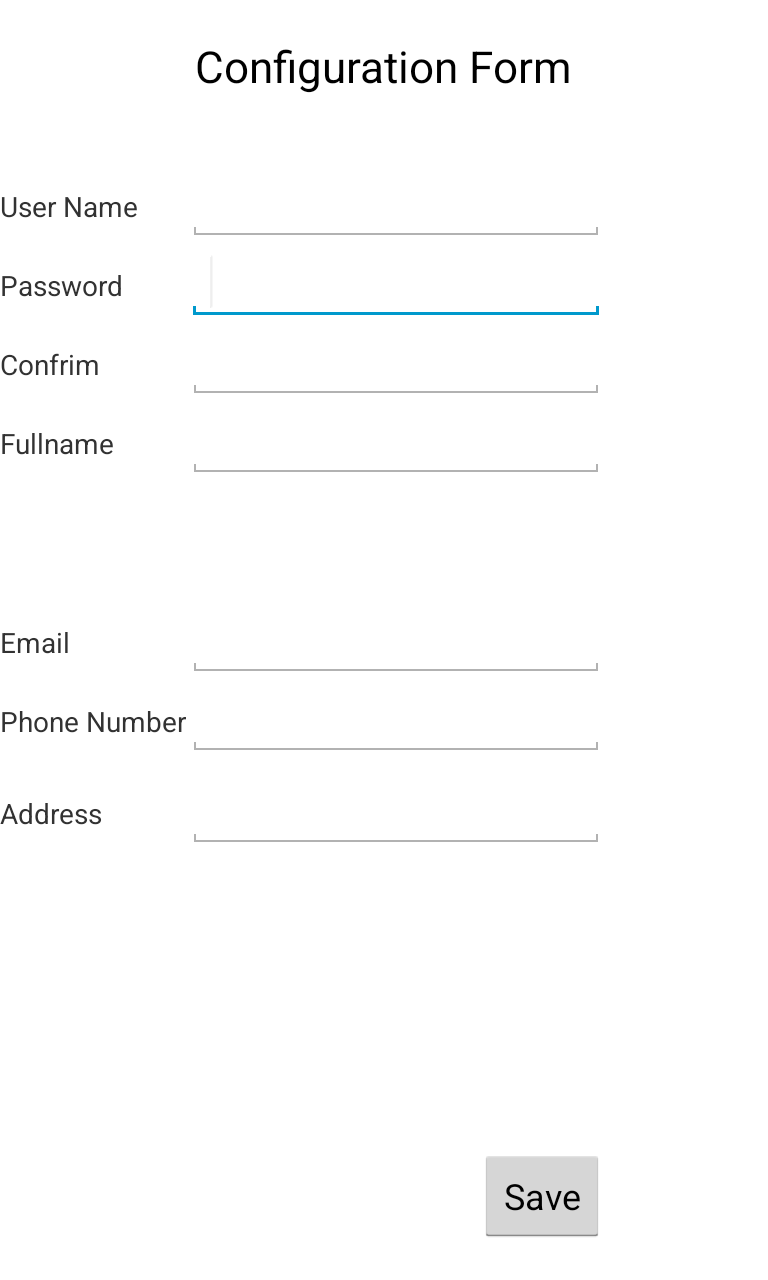
Repository: VanThi/Smart_Order
Layout: Project OS/Project_SO/res/layout/customer_configuration.xml
These files come from the project's save history. The layout is drawn as it stood at one moment and after the next save; the edit follows.
It is drawn on a 768 x 1280 px phone screen (xhdpi) without system bars, with theme AppTheme; the app's code is not run.

Above is the layout before, as saved 2013-11-08 16:22:08.

### Project OS/Project_SO/res/layout/customer_configuration.xml
<?xml version="1.0" encoding="utf-8"?>
<RelativeLayout xmlns:android="http://schemas.android.com/apk/res/android"
    android:layout_width="match_parent"
    android:layout_height="match_parent"
    android:orientation="vertical" >

    <TextView
        android:id="@+id/registerForm"
        android:layout_width="wrap_content"
        android:layout_height="wrap_content"
        android:layout_alignParentTop="true"
        android:layout_centerHorizontal="true"
        android:layout_marginTop="18dp"
        android:text="Configuration Form"
        android:textAppearance="?android:attr/textAppearanceLarge" />

    <TextView
        android:id="@+id/tv_userName"
        android:layout_width="wrap_content"
        android:layout_height="wrap_content"
        android:layout_alignParentLeft="true"
        android:layout_below="@+id/registerForm"
        android:layout_marginTop="46dp"
        android:text="User Name" />

    <EditText
        android:id="@+id/et_userName_con"
        android:layout_width="wrap_content"
        android:layout_height="wrap_content"
        android:layout_alignBaseline="@+id/tv_userName"
        android:layout_alignBottom="@+id/tv_userName"
        android:layout_toRightOf="@+id/tv_phoneNumber"
        android:ems="10" />

    <EditText
        android:id="@+id/et_password_con"
        android:layout_width="wrap_content"
        android:layout_height="wrap_content"
        android:layout_alignLeft="@+id/et_userName_con"
        android:layout_below="@+id/et_userName_con"
        android:ems="10"
        android:inputType="textPassword" >

        <requestFocus />
    </EditText>

    <TextView
        android:id="@+id/tv_pass"
        android:layout_width="wrap_content"
        android:layout_height="wrap_content"
        android:layout_alignBaseline="@+id/et_password_con"
        android:layout_alignBottom="@+id/et_password_con"
        android:layout_alignParentLeft="true"
        android:text="Password" />

    <EditText
        android:id="@+id/et_comfrim_con"
        android:layout_width="wrap_content"
        android:layout_height="wrap_content"
        android:layout_below="@+id/et_password_con"
        android:layout_toRightOf="@+id/tv_phoneNumber"
        android:ems="10" />

    <EditText
        android:id="@+id/et_fullname_con"
        android:layout_width="wrap_content"
        android:layout_height="wrap_content"
        android:layout_alignLeft="@+id/et_comfrim_con"
        android:layout_below="@+id/et_comfrim_con"
        android:ems="10" />

    <TextView
        android:id="@+id/tv_fullName"
        android:layout_width="wrap_content"
        android:layout_height="wrap_content"
        android:layout_alignBaseline="@+id/et_fullname_con"
        android:layout_alignBottom="@+id/et_fullname_con"
        android:layout_alignParentLeft="true"
        android:text="Fullname" />

    <EditText
        android:id="@+id/et_email_con"
        android:layout_width="wrap_content"
        android:layout_height="wrap_content"
        android:layout_alignLeft="@+id/et_fullname_con"
        android:layout_centerVertical="true"
        android:ems="10" />

    <TextView
        android:id="@+id/tv_email"
        android:layout_width="wrap_content"
        android:layout_height="wrap_content"
        android:layout_alignBaseline="@+id/et_email_con"
        android:layout_alignBottom="@+id/et_email_con"
        android:layout_alignParentLeft="true"
        android:text="Email" />

    <EditText
        android:id="@+id/et_phoneNumber_con"
        android:layout_width="wrap_content"
        android:layout_height="wrap_content"
        android:layout_alignLeft="@+id/et_email_con"
        android:layout_below="@+id/et_email_con"
        android:ems="10" />

    <EditText
        android:id="@+id/et_address_con"
        android:layout_width="wrap_content"
        android:layout_height="wrap_content"
        android:layout_alignBaseline="@+id/tv_address"
        android:layout_alignBottom="@+id/tv_address"
        android:layout_alignLeft="@+id/et_phoneNumber_con"
        android:ems="10" />

    <TextView
        android:id="@+id/confrim"
        android:layout_width="wrap_content"
        android:layout_height="wrap_content"
        android:layout_alignBaseline="@+id/et_comfrim_con"
        android:layout_alignBottom="@+id/et_comfrim_con"
        android:layout_alignParentLeft="true"
        android:text="Confrim" />

    <TextView
        android:id="@+id/tv_address"
        android:layout_width="wrap_content"
        android:layout_height="wrap_content"
        android:layout_alignParentLeft="true"
        android:layout_below="@+id/et_phoneNumber_con"
        android:layout_marginTop="18dp"
        android:text="Address" />

    <TextView
        android:id="@+id/tv_phoneNumber"
        android:layout_width="wrap_content"
        android:layout_height="wrap_content"
        android:layout_alignBaseline="@+id/et_phoneNumber_con"
        android:layout_alignBottom="@+id/et_phoneNumber_con"
        android:layout_alignParentLeft="true"
        android:text="Phone Number" />

    <Button
        android:id="@+id/save_con"
        android:layout_width="wrap_content"
        android:layout_height="wrap_content"
        android:layout_alignParentBottom="true"
        android:layout_alignRight="@+id/et_address_con"
        android:layout_marginBottom="18dp"
        android:text="Save" />

</RelativeLayout>

### Project OS/Project_SO/res/values/styles.xml
<resources>

    <!--
        Base application theme, dependent on API level. This theme is replaced
        by AppBaseTheme from res/values-vXX/styles.xml on newer devices.
    -->
    <style name="AppBaseTheme" parent="android:Theme.Light">
        <!--
            Theme customizations available in newer API levels can go in
            res/values-vXX/styles.xml, while customizations related to
            backward-compatibility can go here.
        -->
    </style>

    <style name="NoActionBar" parent="@android:style/Theme.Holo.NoActionBar">
        <!-- Inherits the Holo theme with no action bar; no other styles needed. -->
    </style>

    <!-- Application theme. -->
    <style name="AppTheme" parent="AppBaseTheme">
        <!-- All customizations that are NOT specific to a particular API-level can go here. -->
    </style>

    <style name="HeaderBG">
        <item name="android:layout_width">fill_parent</item>
        <item name="android:layout_height">60dp</item>
        <item name="android:background">@drawable/header_bg</item>
        <item name="android:orientation">horizontal</item>
    </style>

    <style name="HeaderText">
        <item name="android:textColor">#FFFFFF</item>
        <item name="android:textSize">22sp</item>
        <item name="android:textStyle">bold</item>
        <item name="android:ellipsize">end</item>
        <item name="android:gravity">center</item>
        <item name="android:singleLine">true</item>
        <item name="android:text">@string/app_name</item>
    </style>

    <style name="Background">
        <item name="android:layout_width">fill_parent</item>
        <item name="android:layout_height">fill_parent</item>
        <item name="android:background">@color/background</item>
        <item name="android:orientation">vertical</item>
    </style>

    <style name="MENU">
        <item name="android:layout_width">fill_parent</item>
        <item name="android:layout_height">63dp</item>
        <item name="android:background">@drawable/menu_bg</item>
        <item name="android:gravity">center_vertical</item>
        <item name="android:padding">10dp</item>
        <item name="android:textColor">#FFFFFF</item>
        <item name="android:textSize">16sp</item>
    </style>

    <style name="TextDescription">
        <item name="android:textColor">@color/black</item>
        <item name="android:textSize">16sp</item>
        <item name="android:typeface">sans</item>
        <item name="android:textStyle">bold</item>
    </style>

    <style name="Text">
        <item name="android:textColor">@color/black</item>
        <item name="android:textSize">14sp</item>
        <item name="android:typeface">sans</item>
    </style>

    <style name="EditText">
        <item name="android:textColor">@color/black</item>
        <item name="android:textSize">14sp</item>
        <item name="android:typeface">sans</item>
        <item name="android:padding">5dp</item>
    </style>

    <style name="Button">
        <item name="android:padding">5dp</item>
        <item name="android:textStyle">bold</item>
        <item name="android:textColor">@color/white</item>
        <item name="android:textSize">14sp</item>
        <item name="android:background">@drawable/btn_bg</item>
        <item name="android:typeface">sans</item>
        <item name="android:layout_width">90dp</item>
        <item name="android:layout_height">40dp</item>
    </style>

    <style name="ButtonRight">
        <item name="android:padding">5dp</item>
        <item name="android:textStyle">bold</item>
        <item name="android:textColor">@color/white</item>
        <item name="android:textSize">14sp</item>
        <item name="android:background">@drawable/btn_bg</item>
        <item name="android:typeface">sans</item>
        <item name="android:layout_width">90dp</item>
        <item name="android:layout_height">40dp</item>
        <item name="android:layout_marginLeft">5dp</item>
    </style>

    <style name="CustomProgressBar" parent="android:Widget.ProgressBar.Horizontal">
        <item name="android:layout_width">200dp</item>
        <item name="android:layout_height">wrap_content</item>
        <item name="android:padding">5dp</item>
        <item name="android:layout_marginRight">10dp</item>
        <item name="android:indeterminateOnly">false</item>
        <item name="android:progressDrawable">@drawable/custom_progress_bar_horizontal</item>
        <item name="android:minHeight">10dip</item>
        <item name="android:maxHeight">20dip</item>
    </style>


</resources>

Loaded but not shown: Project OS/Project_SO/res/values-v11/styles.xml (common file); Project OS/Project_SO/res/values-v14/styles.xml (common file)

After the next save:
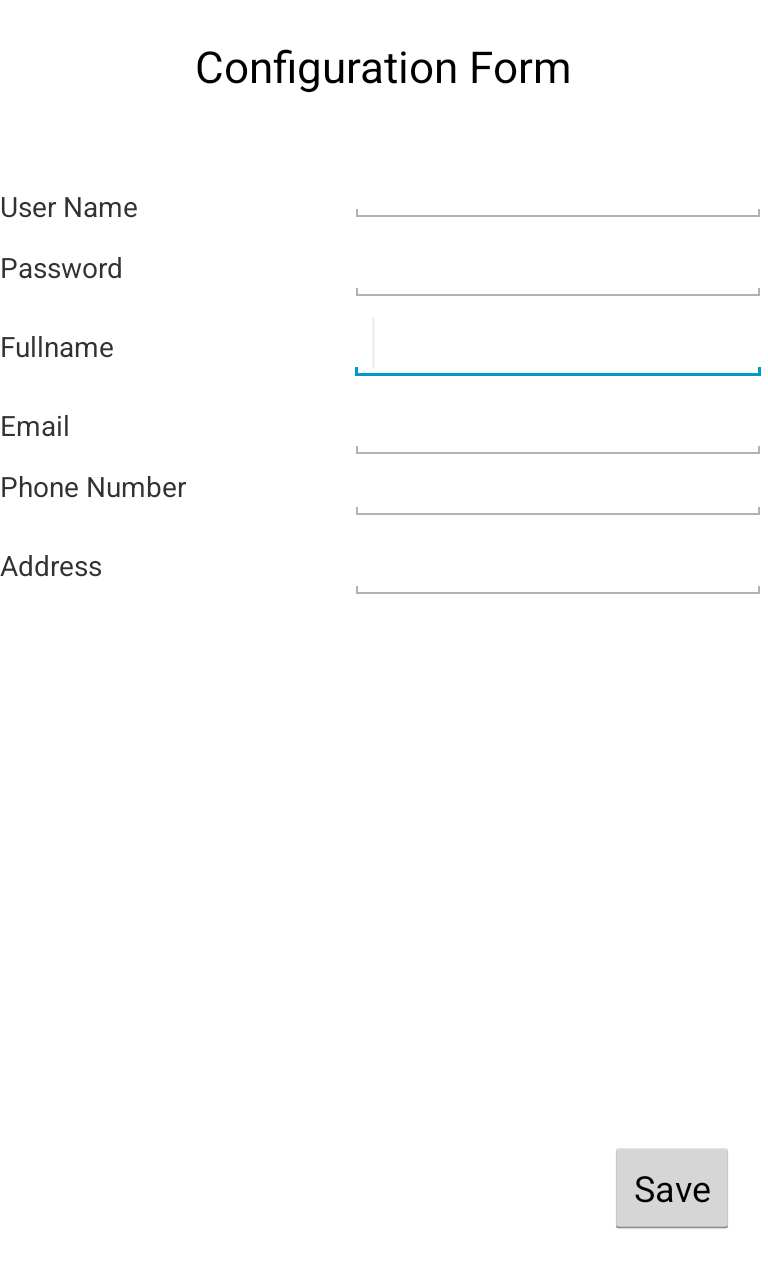
Saved 5 min 39 s later.
--- a/Project OS/Project_SO/res/layout/customer_configuration.xml
+++ b/Project OS/Project_SO/res/layout/customer_configuration.xml
@@ -23,27 +23,6 @@
         android:layout_marginTop="46dp"
         android:text="User Name" />
 
-    <EditText
-        android:id="@+id/et_userName_con"
-        android:layout_width="wrap_content"
-        android:layout_height="wrap_content"
-        android:layout_alignBaseline="@+id/tv_userName"
-        android:layout_alignBottom="@+id/tv_userName"
-        android:layout_toRightOf="@+id/tv_phoneNumber"
-        android:ems="10" />
-
-    <EditText
-        android:id="@+id/et_password_con"
-        android:layout_width="wrap_content"
-        android:layout_height="wrap_content"
-        android:layout_alignLeft="@+id/et_userName_con"
-        android:layout_below="@+id/et_userName_con"
-        android:ems="10"
-        android:inputType="textPassword" >
-
-        <requestFocus />
-    </EditText>
-
     <TextView
         android:id="@+id/tv_pass"
         android:layout_width="wrap_content"
@@ -53,22 +32,6 @@
         android:layout_alignParentLeft="true"
         android:text="Password" />
 
-    <EditText
-        android:id="@+id/et_comfrim_con"
-        android:layout_width="wrap_content"
-        android:layout_height="wrap_content"
-        android:layout_below="@+id/et_password_con"
-        android:layout_toRightOf="@+id/tv_phoneNumber"
-        android:ems="10" />
-
-    <EditText
-        android:id="@+id/et_fullname_con"
-        android:layout_width="wrap_content"
-        android:layout_height="wrap_content"
-        android:layout_alignLeft="@+id/et_comfrim_con"
-        android:layout_below="@+id/et_comfrim_con"
-        android:ems="10" />
-
     <TextView
         android:id="@+id/tv_fullName"
         android:layout_width="wrap_content"
@@ -77,14 +40,6 @@
         android:layout_alignBottom="@+id/et_fullname_con"
         android:layout_alignParentLeft="true"
         android:text="Fullname" />
-
-    <EditText
-        android:id="@+id/et_email_con"
-        android:layout_width="wrap_content"
-        android:layout_height="wrap_content"
-        android:layout_alignLeft="@+id/et_fullname_con"
-        android:layout_centerVertical="true"
-        android:ems="10" />
 
     <TextView
         android:id="@+id/tv_email"
@@ -96,38 +51,74 @@
         android:text="Email" />
 
     <EditText
+        android:id="@+id/et_userName_con"
+        android:layout_width="wrap_content"
+        android:layout_height="wrap_content"
+        android:layout_alignBottom="@+id/tv_userName"
+        android:layout_alignParentRight="true"
+        android:ems="10" />
+
+    <EditText
+        android:id="@+id/et_password_con"
+        android:layout_width="wrap_content"
+        android:layout_height="wrap_content"
+        android:layout_alignParentRight="true"
+        android:layout_below="@+id/et_userName_con"
+        android:ems="10"
+        android:inputType="textPassword" />
+
+    <EditText
         android:id="@+id/et_phoneNumber_con"
         android:layout_width="wrap_content"
         android:layout_height="wrap_content"
-        android:layout_alignLeft="@+id/et_email_con"
-        android:layout_below="@+id/et_email_con"
+        android:layout_alignParentRight="true"
+        android:layout_below="@+id/tv_email"
         android:ems="10" />
 
     <EditText
         android:id="@+id/et_address_con"
         android:layout_width="wrap_content"
         android:layout_height="wrap_content"
-        android:layout_alignBaseline="@+id/tv_address"
-        android:layout_alignBottom="@+id/tv_address"
-        android:layout_alignLeft="@+id/et_phoneNumber_con"
+        android:layout_alignParentRight="true"
+        android:layout_below="@+id/et_phoneNumber_con"
         android:ems="10" />
 
-    <TextView
-        android:id="@+id/confrim"
+    <Button
+        android:id="@+id/save_con"
         android:layout_width="wrap_content"
         android:layout_height="wrap_content"
-        android:layout_alignBaseline="@+id/et_comfrim_con"
-        android:layout_alignBottom="@+id/et_comfrim_con"
-        android:layout_alignParentLeft="true"
-        android:text="Confrim" />
+        android:layout_alignParentBottom="true"
+        android:layout_alignParentRight="true"
+        android:layout_marginBottom="22dp"
+        android:layout_marginRight="16dp"
+        android:text="Save" />
+
+    <EditText
+        android:id="@+id/et_fullname_con"
+        android:layout_width="wrap_content"
+        android:layout_height="wrap_content"
+        android:layout_alignParentRight="true"
+        android:layout_below="@+id/et_password_con"
+        android:ems="10" >
+
+        <requestFocus />
+    </EditText>
+
+    <EditText
+        android:id="@+id/et_email_con"
+        android:layout_width="wrap_content"
+        android:layout_height="wrap_content"
+        android:layout_alignParentRight="true"
+        android:layout_below="@+id/et_fullname_con"
+        android:ems="10" />
 
     <TextView
         android:id="@+id/tv_address"
         android:layout_width="wrap_content"
         android:layout_height="wrap_content"
+        android:layout_alignBaseline="@+id/et_address_con"
+        android:layout_alignBottom="@+id/et_address_con"
         android:layout_alignParentLeft="true"
-        android:layout_below="@+id/et_phoneNumber_con"
-        android:layout_marginTop="18dp"
         android:text="Address" />
 
     <TextView
@@ -139,13 +130,4 @@
         android:layout_alignParentLeft="true"
         android:text="Phone Number" />
 
-    <Button
-        android:id="@+id/save_con"
-        android:layout_width="wrap_content"
-        android:layout_height="wrap_content"
-        android:layout_alignParentBottom="true"
-        android:layout_alignRight="@+id/et_address_con"
-        android:layout_marginBottom="18dp"
-        android:text="Save" />
-
 </RelativeLayout>
